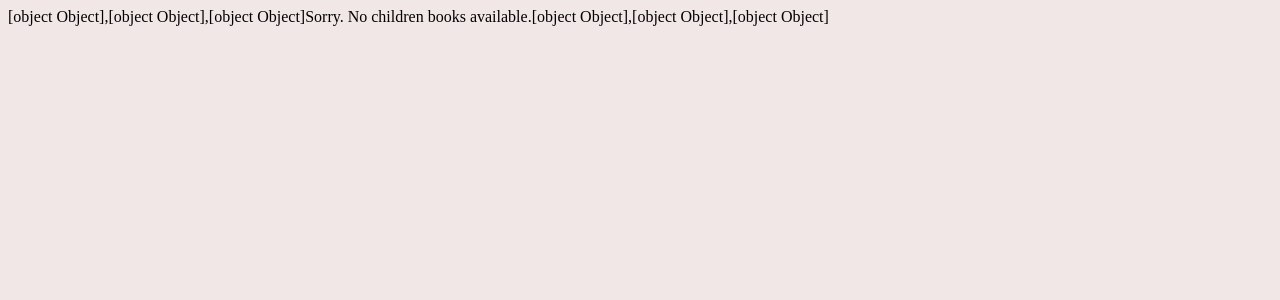
Repository: cyborgEneki/archangel-code-challenge
Page: index.html
These files come from the project's save history. The page is drawn as it stood at one moment and after the next save; the edit follows.
The browser window is 1280 px wide. The pictures show the whole page.
The style sheet was rebuilt from its Sass, Less or Tailwind sources for each picture, by a compiler version that may differ from the author's.

Above is the page before, as saved 2020-11-05 15:06:35.

After the next save:
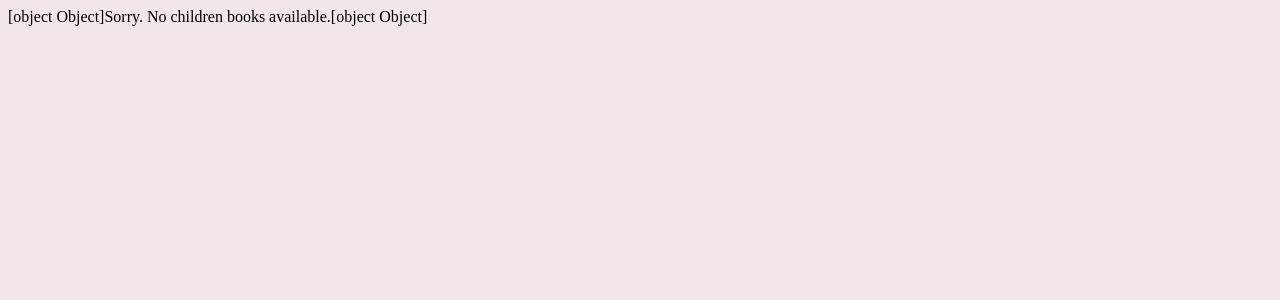
Saved 28 s later.
--- a/assets/js/books.js
+++ b/assets/js/books.js
@@ -22,7 +22,7 @@
 
     Handlebars.registerHelper("compareEquality", function (a, b) {
         if (a == b) {
-            return main.books;
+            return $('');
         } else {
             return 'Sorry. No children books available.';
         };
